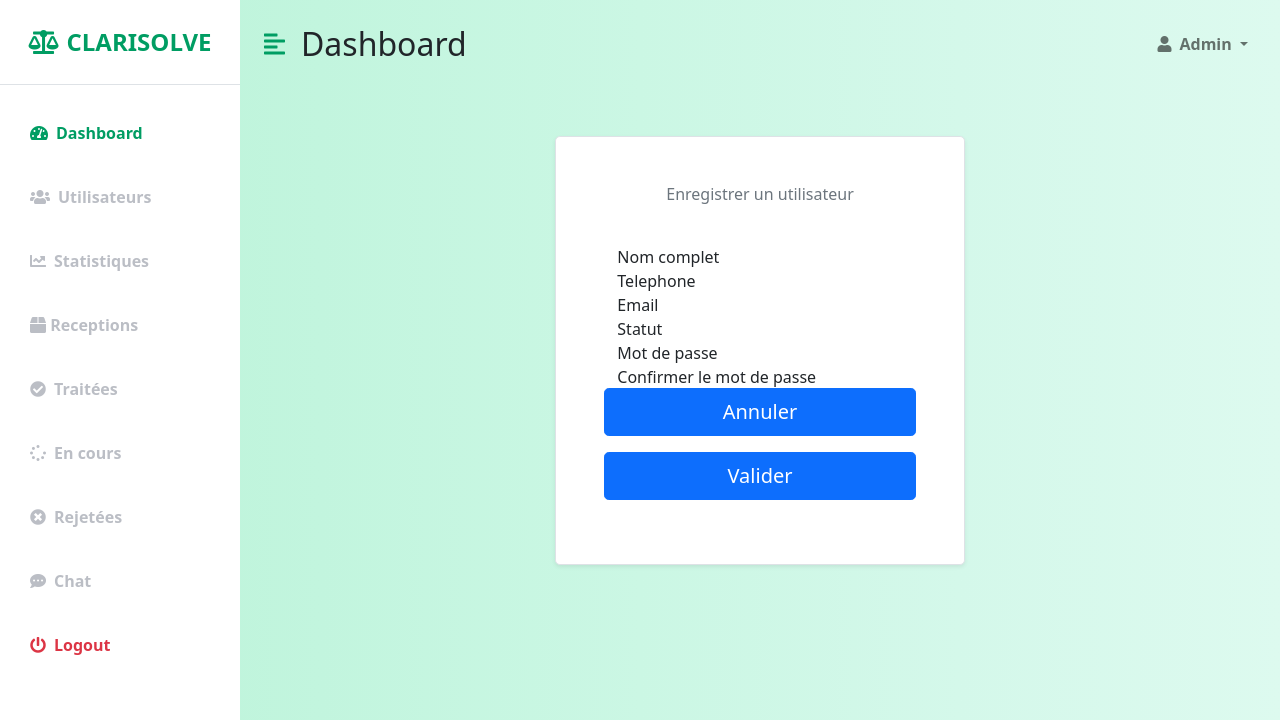
Repository: Senare1/PlaintEasy
Page: accounts/templates/accounts/signup_user.html
An editor plug-in stored every save of this project. The page is shown before and after the next save, followed by the edit.
The browser window is 1280 px wide. The pictures show the whole page.
The template is drawn by Django 4.2. The application's start-up code is not run. The template is opened directly, without the code that normally fills it, so the values that code supplies are empty.

Above is the page before, as saved 2024-08-10 13:04:06.
Console error: TypeError: Cannot read properties of null (reading 'addEventListener')

After the next save:
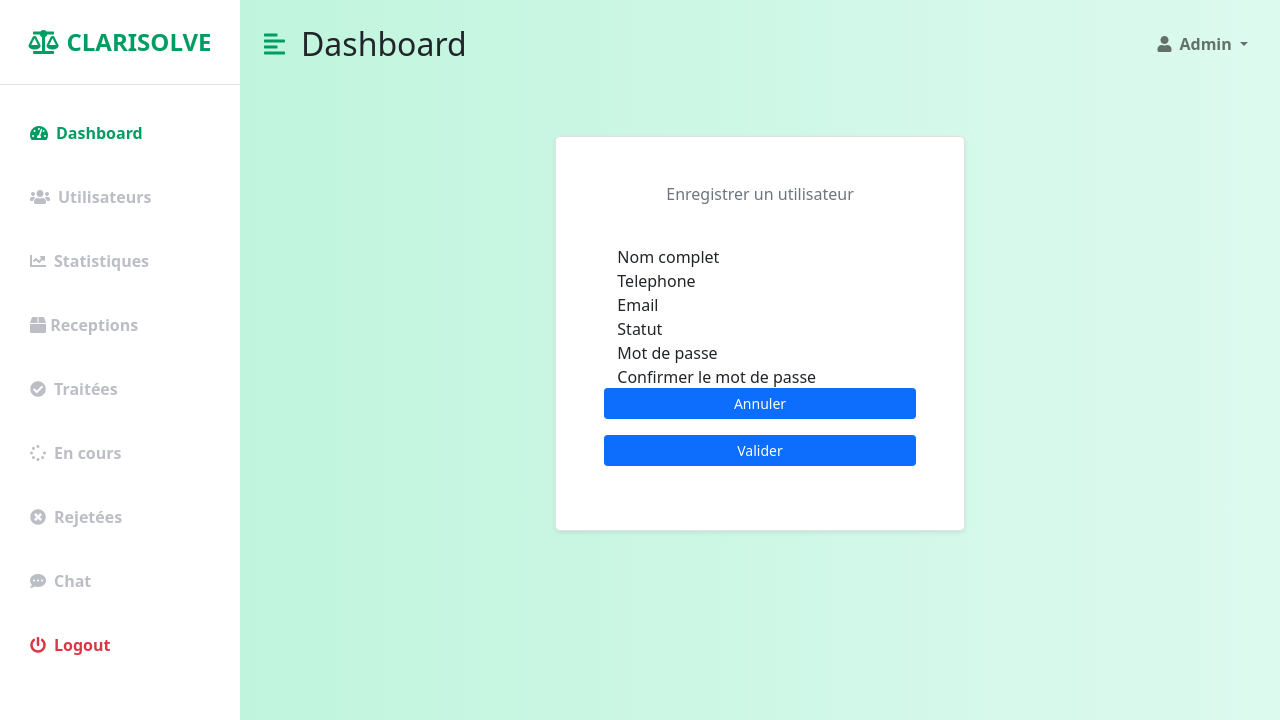
Saved 40 s later.
--- a/accounts/templates/accounts/signup_user.html
+++ b/accounts/templates/accounts/signup_user.html
@@ -70,10 +70,10 @@
                   {% endif %}
                   <div class="col-12">
                     <div class="d-grid my-3">
-                      <button class="btn btn-primary btn-lg" type="reset">Annuler</button>
+                      <button class="btn btn-primary btn-sm" type="reset">Annuler</button>
                     </div>
                     <div class="d-grid my-3">
-                        <button class="btn btn-primary btn-lg" type="submit">Valider</button>
+                        <button class="btn btn-primary btn-sm" type="submit">Valider</button>
                       </div>
                   </div>
                 </div>
